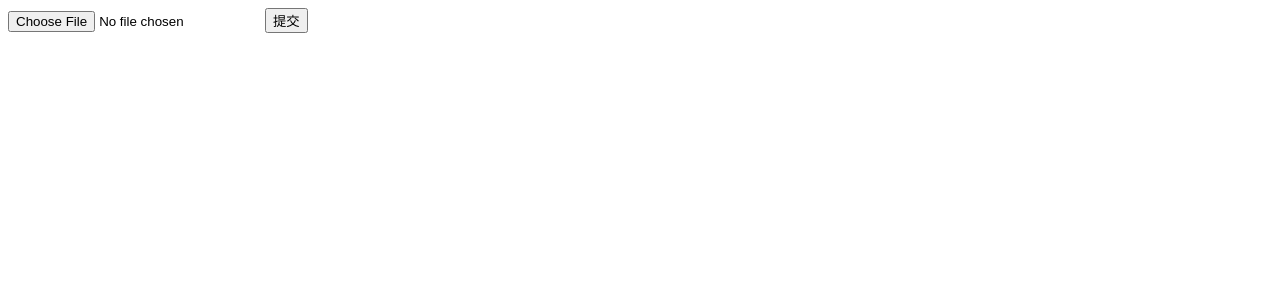
Repository: gongzheng-java/ProjectExample
Page: http://localhost/SSM/upload.jsp
These files come from the project's save history. The page is drawn as it stood at one moment and after the next save; the edit follows.
The browser window is 1280 px wide. The pictures show the whole page.
The page is served by Tomcat 9. Nobody is signed in. The application's start-up code is not run.

Above is the page before, as saved 2019-03-03 07:27:08.

After the next save:
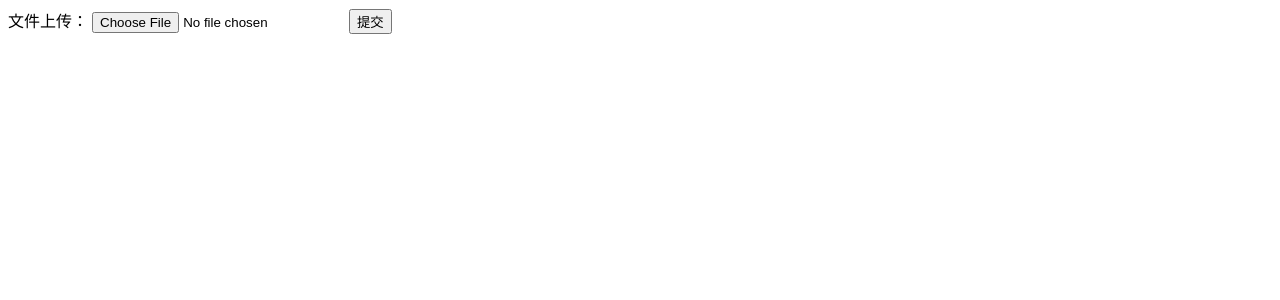
Saved 7 s later.
--- a/SSM/src/main/webapp/upload.jsp
+++ b/SSM/src/main/webapp/upload.jsp
@@ -10,7 +10,7 @@
 </head>
 <body>
  <form id="myform"  method="post" >
-      <input type="file" name="record"/>
+     文件上传： <input type="file" name="record"/>
       <input type="button" onclick="doUpload()" value="提交" />
    </form>
 </body>
